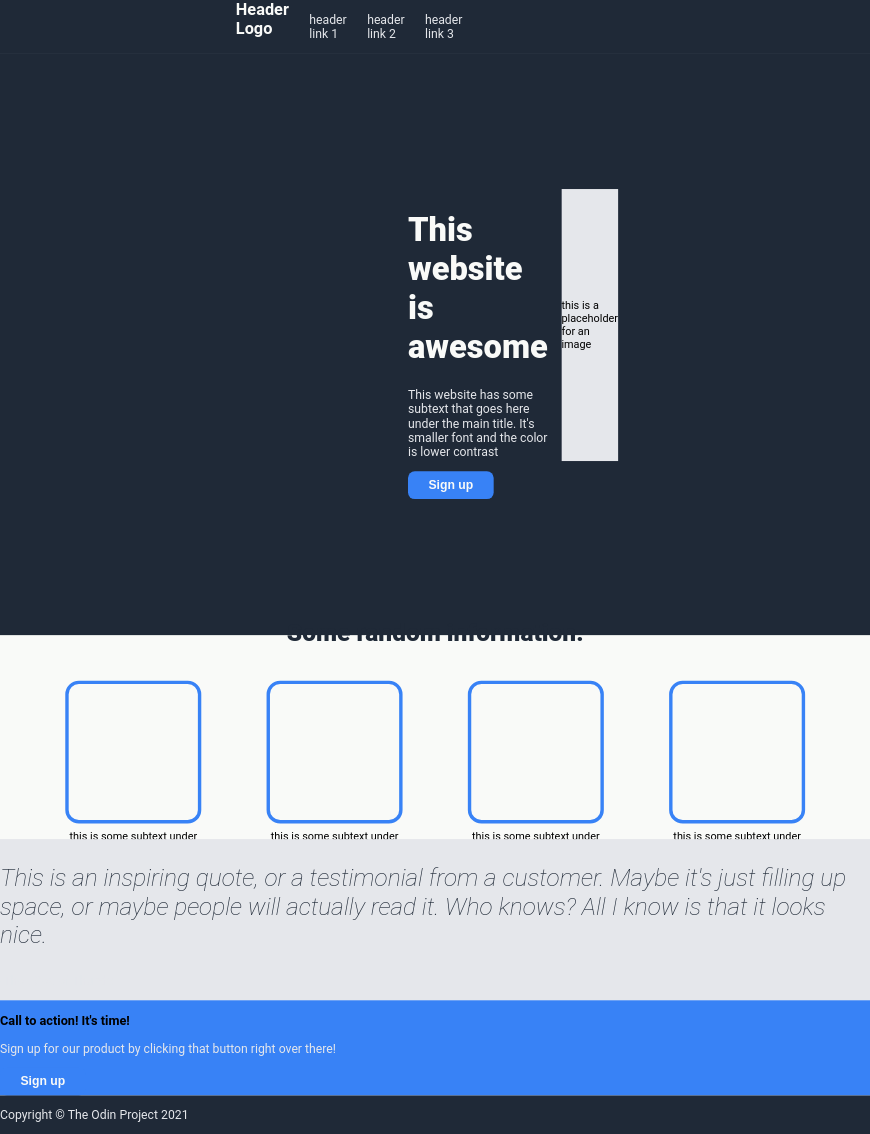
Repository: rsoetydev/landing-page
Page: index.html
The author's editor kept a copy of each file at every save. The page is drawn from the files as they stood at one save, then again after the next save.
The browser window is 1280 px wide. The pictures show the whole page, at 68% of full size.

Above is the page before, as saved 2023-11-28 10:31:00.

After the next save:
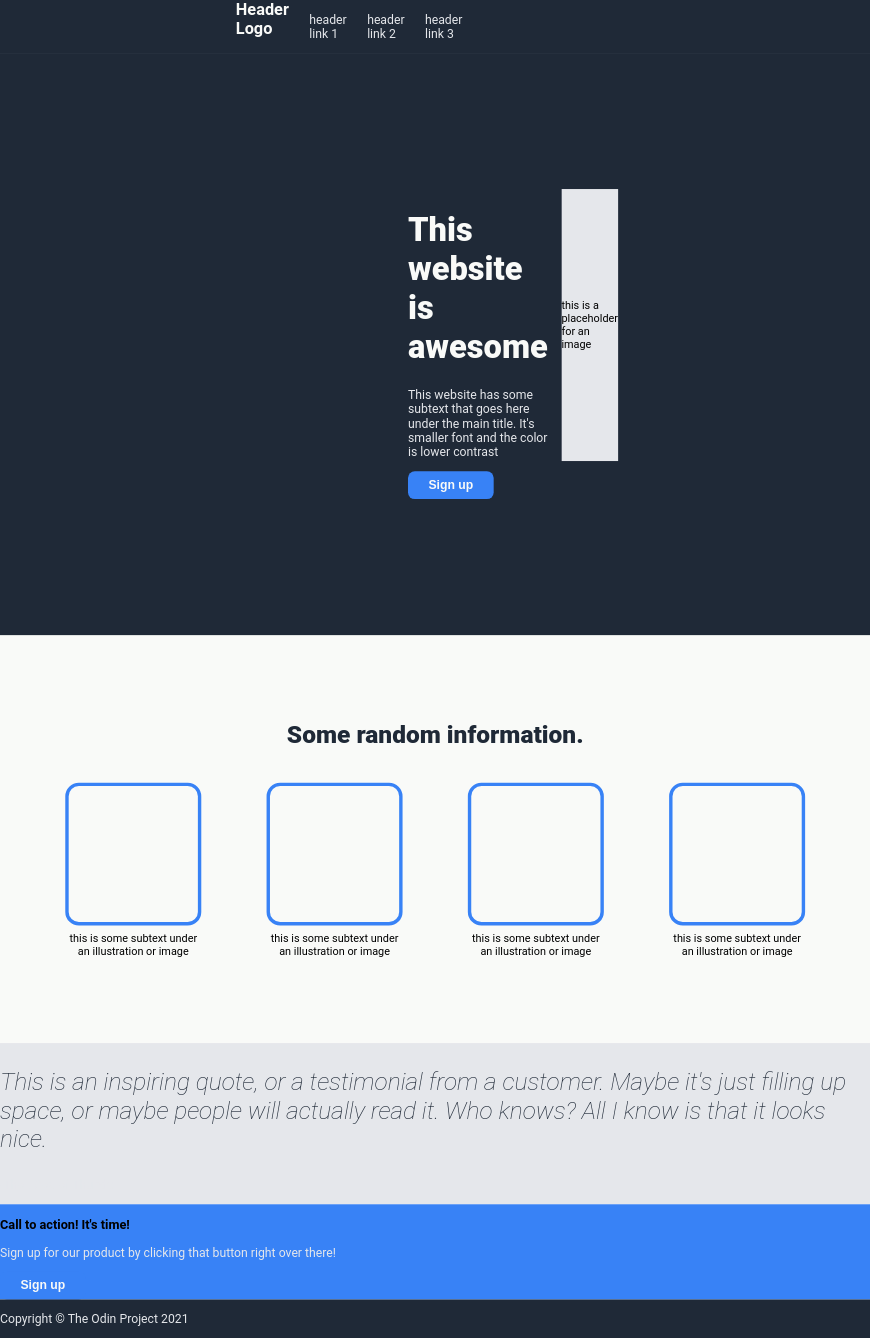
Saved 4 s later.
--- a/style.css
+++ b/style.css
@@ -97,7 +97,7 @@ button{
     display: flex;
     flex-direction: column;
     justify-content: center;
-    height: 300px;
+    height: 600px;
 }
 
 .item-cont{
